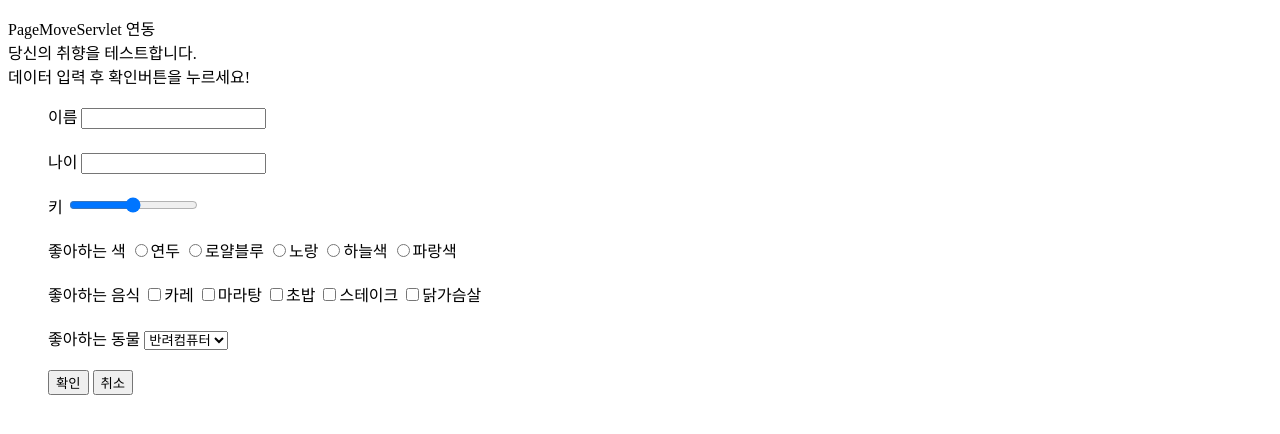
Repository: pcc767/khSchool
Page: dev-source_Servlet/02_Data/src/main/webapp/views/testPerson3.html
These files come from the project's save history. The page is drawn as it stood at one moment and after the next save; the edit follows.
The browser window is 1280 px wide. The pictures show the whole page.

Above is the page before, as saved 2022-07-12 09:07:12.

### dev-source_Servlet/02_Data/src/main/webapp/views/testPerson3.html
<!DOCTYPE html>
<html>
<head>
<meta charset="UTF-8">
<title>Insert title here</title>
<style>
	ul{
		list-style-type:none;
	}
	ul>li{
		margin-bottom:20px;
	}
</style>
</head>
<body>
	<p>
		PageMoveServlet 연동<br>
		당신의 취향을 테스트합니다.<br>
		데이터 입력 후 확인버튼을 누르세요!
	</p>
	<form action="../pagemove.do" method="post">
		<ul>
			<li>이름 <input type="text" name="name"/></li>
			<li>나이 <input type="number" name="age"/></li>
			<li>키  <input type="range" max="200" min="140" name="height"/></li>
			<li>좋아하는 색
				<label><input type="radio" name="color" value="lightgreen">연두</label>
				<label><input type="radio" name="color" value="royalblue">로얄블루</label>
				<label><input type="radio" name="color" value="yellow">노랑</label>
				<label><input type="radio" name="color" value="skyblue">하늘색</label>
				<label><input type="radio" name="color" value="blue">파랑색</label>
			</li>
			<li>좋아하는 음식
				<label><input type="checkbox" name="foods" value="카레">카레</label>
				<label><input type="checkbox" name="foods" value="마라탕">마라탕</label>
				<label><input type="checkbox" name="foods" value="초밥">초밥</label>
				<label><input type="checkbox" name="foods" value="스테이크">스테이크</label>
				<label><input type="checkbox" name="foods" value="닭가슴살">닭가슴살</label>
			</li>
			<li>좋아하는 동물
				<select name="animal">
					<option value="컴퓨타">반려컴퓨터</option>
					<option value="고양이">고양이</option>
					<option value="강아지">강아지</option>
					<option value="달팽이">달팽이</option>
				</select>
			</li>
			<li>
				<input type="submit" value="확인">
				<input type="reset" value="취소">
			</li>
		</ul>
	</form>


</body>
</html>

After the next save:
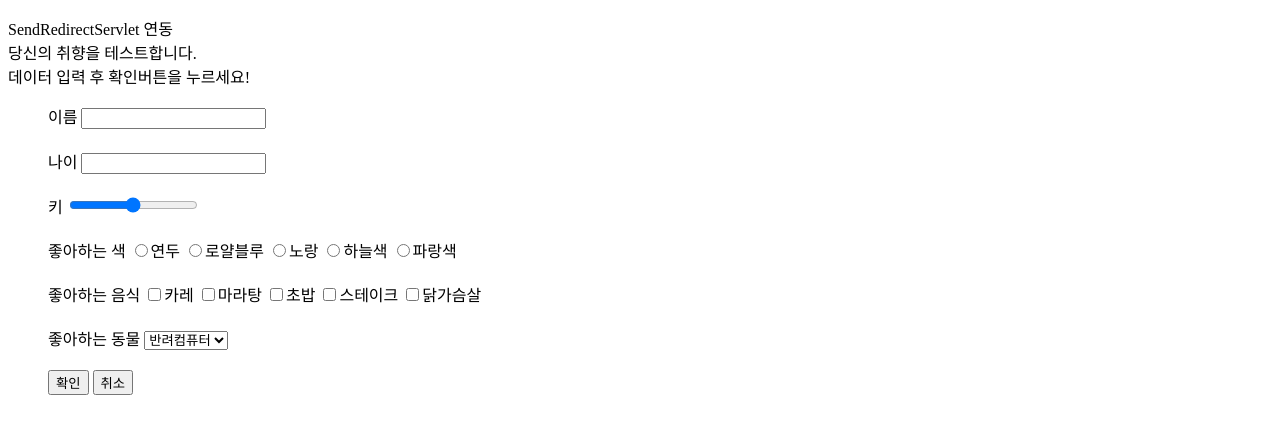
Saved 70 s later.
--- a/dev-source_Servlet/02_Data/src/main/webapp/views/testPerson3.html
+++ b/dev-source_Servlet/02_Data/src/main/webapp/views/testPerson3.html
@@ -14,11 +14,11 @@
 </head>
 <body>
 	<p>
-		PageMoveServlet 연동<br>
+		SendRedirectServlet  연동<br>
 		당신의 취향을 테스트합니다.<br>
 		데이터 입력 후 확인버튼을 누르세요!
 	</p>
-	<form action="../pagemove.do" method="post">
+	<form action="../sendredirect.do" method="post">
 		<ul>
 			<li>이름 <input type="text" name="name"/></li>
 			<li>나이 <input type="number" name="age"/></li>
